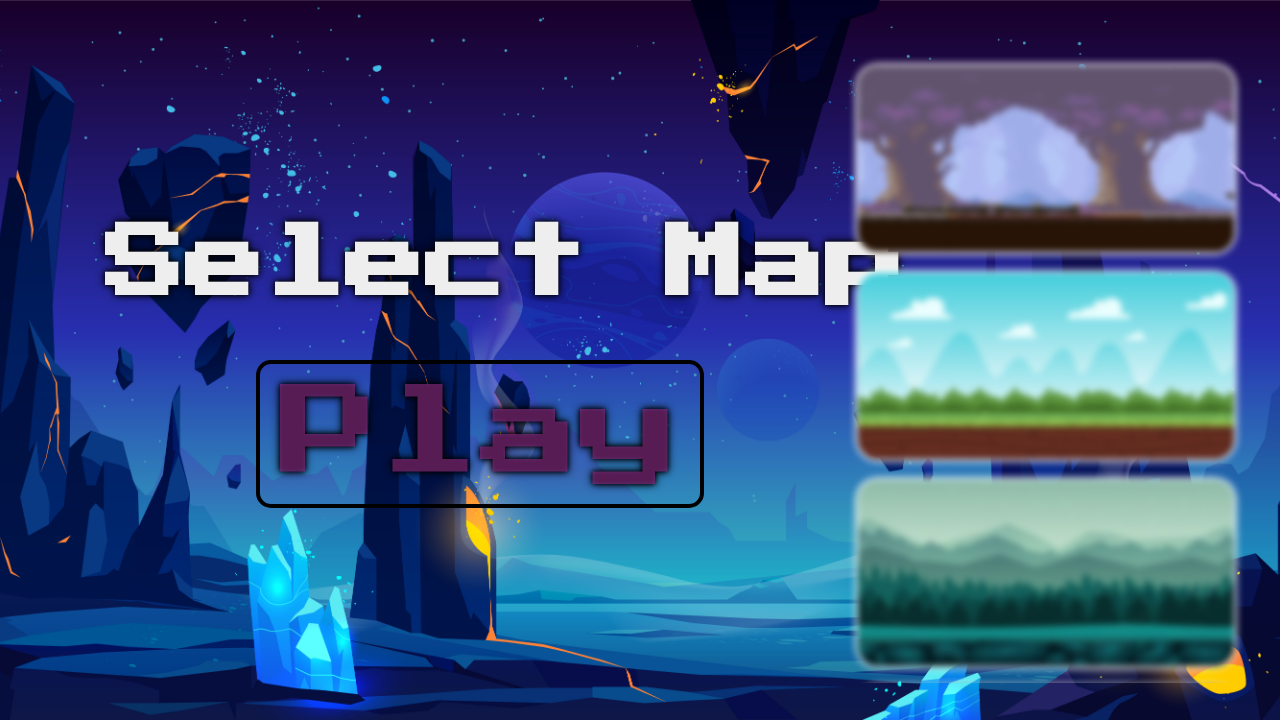
Repository: Gaurav31052/Fighting-game
Page: home.html
The author's editor kept a copy of each file at every save. The page is drawn from the files as they stood at one save, then again after a run of saves.
The browser window is 1280 px wide. The pictures show the whole page.
An inner scrolling area shows only its first screen.

Above is the page before, as saved 2024-06-06 23:37:10.

### home.html
<!DOCTYPE html>
<html lang="en">

<head>
    <meta charset="UTF-8">
    <meta name="viewport" content="width=device-width, initial-scale=1.0">
    <title>Document</title>
    <link href="https://fonts.googleapis.com/css2?family=Press+Start+2P&display=swap" rel="stylesheet">
    <link rel="stylesheet" href="style.css">
</head>

<body>


    <!-- carousel -->
    <div class="carousel">
        <!-- list item -->
        <div class="list">
            <div class="item">

                <div class="MapName">
                   <h1 id="name">Select Map</h1>
                </div>

                <img id="mainbox" src="img/home.jpg" alt="">

                <button id="btn"><a href='game.html'>Play</a></button>
            </div>

        </div>


        <!-- list thumnail -->
        <div class="thumbnail" id="about">

            <div class="item" id="bg1"><img class="myimg" src="./img/background1.jpg" alt=""></div>
            <div class="item" id="bg2"><img class="myimg" src="./img/background2.jpg" alt=""></div>
            <div class="item" id="bg3"><img class="myimg" src="./img/background3.jpg" alt=""></div>
            <div class="item" id="bg4"><img class="myimg" src="./img/background4.jpg" alt=""></div>
            <div class="item" id="bg5"><img class="myimg" src="./img/background5.jpg" alt=""></div>
            <div class="item" id="bg6"><img class="myimg" src="./img/background6.jpg" alt=""></div>
            <!-- <div class="item"><img src="img/background.jpg" alt=""></div>
                <div class="item"><img src="img/background.jpg" alt=""></div>
                <div class="item"><img src="img/background.jpg" alt=""></div>
                <div class="item"><img src="img/background.jpg" alt=""></div>
                <div class="item"><img src="img/background.jpg" alt=""></div> -->

        </div>


    </div>

    <script src="home.js"></script>

</body>

</html>

### style.css

body {
    margin: 0;
    background-color: #000;
    color: #eee;
    font-family: Poppins;
    font-size: 12px;
    overflow: hidden;
}

a {
    text-decoration: none;
    color: #8b2c84a2;
}

/* carousel */
.carousel {
    height: 100vh;
    width: 100vw;
    overflow: hidden;
    position: relative;
}

.carousel .list .item {
    width: 100%;
    height: 100%;
    position: absolute;
    inset: 0 0 0 0;

}

.carousel .list .item img {
    width: 100%;
    height: 100%;
    object-fit: cover;

}

.carousel .list .item button {

    position: absolute;
    top: 50%;
    left: 20%;
    font-size: 100px;
    font-family: "Press Start 2P", system-ui;
    text-align: center;
    /* padding-top: 100px; */
    text-shadow: 0 0 10px #000000, 0 0 5px #000000;
   padding: 20px;
    background: transparent;
    border: none;
}
#btn{
    border: 4px solid black;
    border-radius: 15px;
}

.MapName {
    /* background: red; */
    position: absolute;
    height: 130px;
    width: 830px;
    top: 200px;
    left: 90px;
    display: flex;
    justify-content: space-around;
    align-items: center;
    font-family: "Press Start 2P", system-ui;
    text-shadow: 0 0 10px #000000, 0 0 5px #000000;
}
.MapName>h1{
    font-size: 80px;
}



/* thumbail */
.thumbnail {
    position: absolute;
    top: 6%;
    left: 65%;
    width: max-content;
    z-index: 100;
    gap: 15px;
    width: 460px;
    height: 615px;
    overflow: scroll;
    padding: 5px;
    padding-top: 20px;

    scroll-behavior: initial;
    display: flex;
    flex-direction: column;
    align-items: center;

}

.thumbnail .item {
    width: fit-content;
    flex-shrink: 0;
    position: relative;
    list-style-type: none;
    padding: 3px;
}

#about {
    scrollbar-width: none;
}

.thumbnail .item img {
    width: 90%;
    height: 100%;
    object-fit: cover;
    border-radius: 20px;
    box-shadow: 0 0 5px #fff, 0 0 5px #fff, 0 0 5px #fff, 0 0 5px #fff;
}

.myimg {
    filter: blur(3px);
}

.myimg:hover {
    filter: none;
    scale: 1.1;
    transition: 0.5s ease-in;
}

#leftimg {
    scale: 4;
}

#rightimg {
    scale: 3;
}

### home.js
let userchoice;

const setmap = document.getElementById("mainbox");
const choices = document.querySelectorAll(".myimg");
choices.forEach((e) => {
    e.addEventListener("click", () => {
        userchoice = e.getAttribute("src");
        setmap.src = userchoice;
        localStorage.setItem(1,userchoice);
        console.log(userchoice);
        if(userchoice === "./img/background1.jpg"){
            document.getElementById('name').innerHTML = "Bloom";
        }
        else if(userchoice === "./img/background2.jpg"){
            document.getElementById('name').innerHTML = "Skyris";
        }
        else if(userchoice === "./img/background3.jpg"){
            document.getElementById('name').innerHTML = "Night Hawl";
        }
        else if(userchoice === "./img/background4.jpg"){
            document.getElementById('name').innerHTML = "Caves";
        }
        else if(userchoice === "./img/background5.jpg"){
            document.getElementById('name').innerHTML = "Bind";
        }
        else if(userchoice === "./img/background6.jpg"){
            document.getElementById('name').innerHTML = "Forest";
        }
    })
});

var home_music =new Audio("./audio/background sound.mp3");
home_music.play();
home_music.loop=true;
home_music.volume=0.1;

After the next 2 saves:
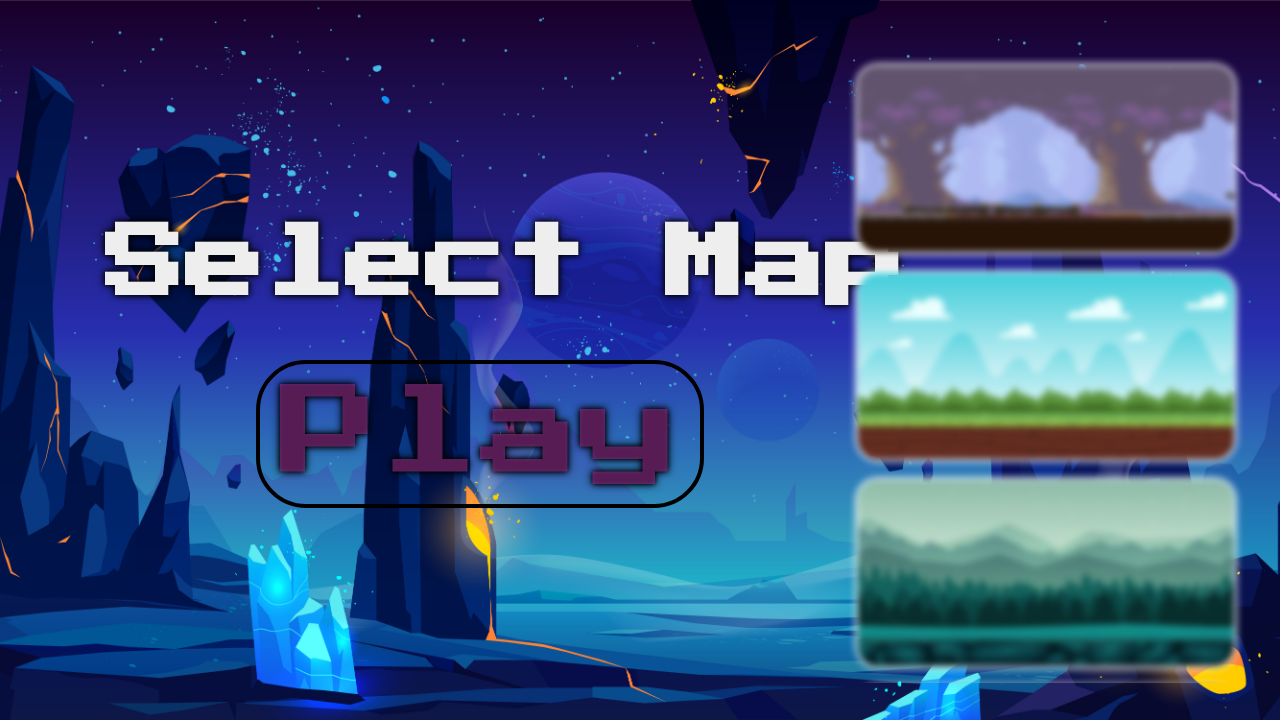
The 2 saves are shown as one change because they came seconds apart.
The last was saved 14 s later.
--- a/style.css
+++ b/style.css
@@ -52,7 +52,7 @@ a {
 }
 #btn{
     border: 4px solid black;
-    border-radius: 15px;
+    border-radius: 50px;
 }
 
 .MapName {
